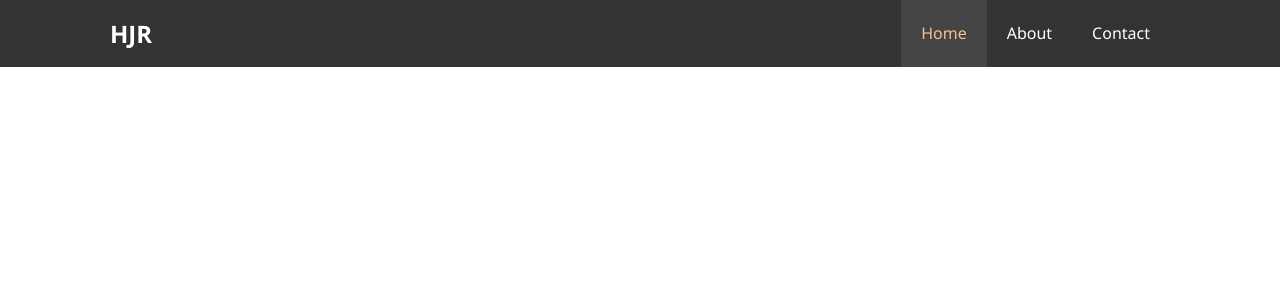
Repository: dimlutine/Hotel-Project
Page: index.html
The author's editor kept a copy of each file at every save. The page is drawn from the files as they stood at one save, then again after the next save.
The browser window is 1280 px wide. The pictures show the whole page.

Above is the page before, as saved 2019-07-05 21:44:11.

After the next save:
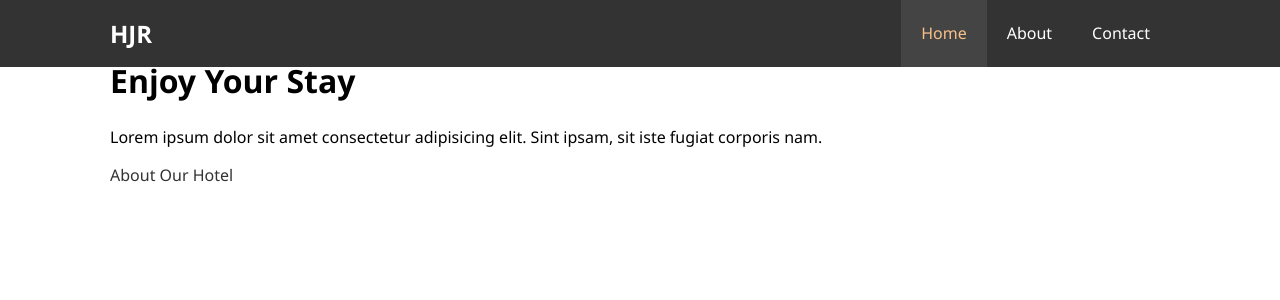
Saved 3 min 36 s later.
--- a/index.html
+++ b/index.html
@@ -24,6 +24,17 @@
             </div>
 
         </nav>
+        <div id="showcase">
+            <div class="container">
+                <div class="showcase-content">
+                    <h1>
+                        Enjoy Your Stay
+                    </h1>
+                    <p>Lorem ipsum dolor sit amet consectetur adipisicing elit. Sint ipsam, sit iste fugiat corporis nam.</p>
+                    <a href="about.html">About Our Hotel</a>
+                </div>
+            </div>
+        </div>
     </header>
 </body>
 
